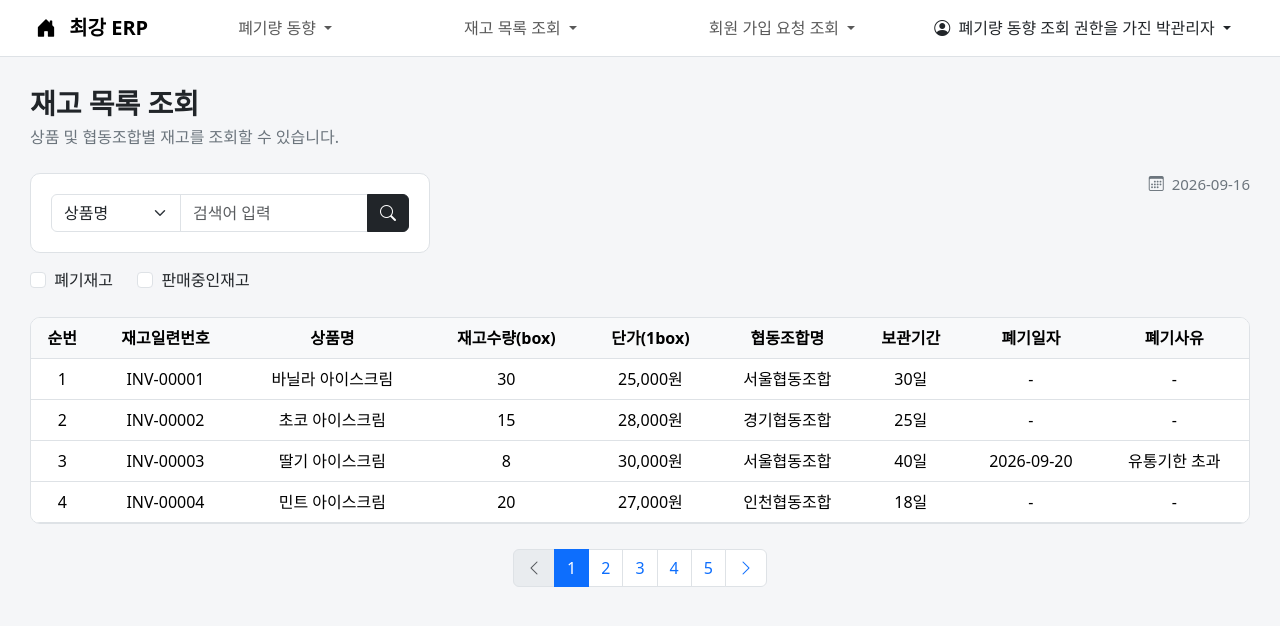
Repository: nojong99/kosta
Page: 32_MVCModel2/src/main/webapp/inventoryList.html
These files come from the project's save history. The page is drawn as it stood at one moment and after the next save; the edit follows.
The browser window is 1280 px wide. The pictures show the whole page.

Above is the page before, as saved 2026-09-23 05:24:56.

### 32_MVCModel2/src/main/webapp/inventoryList.html
<!DOCTYPE html>
<html lang="ko">
<head>
<meta charset="UTF-8">
<meta name="viewport" content="width=device-width, initial-scale=1.0">

<title>재고 목록 조회</title>

<!-- Bootstrap -->
<link
	href="https://cdn.jsdelivr.net/npm/bootstrap@5.3.8/dist/css/bootstrap.min.css"
	rel="stylesheet">

<!-- Bootstrap Icons -->
<link rel="stylesheet"
	href="https://cdn.jsdelivr.net/npm/bootstrap-icons@1.13.1/font/bootstrap-icons.min.css">

<style>
body {
	background-color: #f5f6f8;
}

.inventory-page {
	padding: 30px;
}

/* 검색 영역 */
.search-area {
	width: 30%;
	min-width: 400px;
}

.search-box {
	background-color: white;
	border: 1px solid #dee2e6;
	border-radius: 10px;
	padding: 20px;
}

/* 날짜 */
.current-date {
	font-size: 15px;
	color: #6c757d;
	font-weight: 500;
}

/* 재고 상태 */
.stock-status {
	margin-top: 15px;
}

.stock-status label {
	margin-right: 20px;
	cursor: pointer;
}

/* 목록 */
.inventory-table-area {
	margin-top: 25px;
	background-color: white;
	border-radius: 10px;
	overflow-x: auto;
	border: 1px solid #dee2e6;
}

.inventory-table {
	margin-bottom: 0;
	min-width: 1200px;
}

.inventory-table th {
	background-color: #f8f9fa;
	text-align: center;
	white-space: nowrap;
	vertical-align: middle;
}

.inventory-table td {
	text-align: center;
	vertical-align: middle;
	white-space: nowrap;
}

/* 폐기 상태 */
.disposed {
	color: #dc3545;
	font-weight: 600;
}

/* 판매중 상태 */
.selling {
	color: #198754;
	font-weight: 600;
}

/* 페이지네이션 */
.pagination-area {
	margin-top: 25px;
	display: flex;
	justify-content: center;
}
</style>
</head>

<body>

	<header>
		<nav class="navbar navbar-expand-lg bg-white border-bottom px-4">

			<div class="container-fluid">
				<a class="navbar-brand fw-bold me-4" href="index.html"> <i
					class="bi bi-house-door-fill me-2"></i> 최강 ERP
				</a>

				<ul class="navbar-nav flex-grow-1 mb-2 mb-lg-0">

					<li class="nav-item dropdown flex-fill text-center"><a
						class="nav-link dropdown-toggle" href="#" role="button"
						data-bs-toggle="dropdown"> 폐기량 동향 </a>

						<ul class="dropdown-menu">

							<li><a class="dropdown-item" href="#"> </a></li>

						</ul></li>

					<li class="nav-item dropdown flex-fill text-center"><a
						class="nav-link dropdown-toggle" href="#" role="button"
						data-bs-toggle="dropdown"> 재고 목록 조회 </a>
						<ul class="dropdown-menu">

							<li><a class="dropdown-item" href="#"> </a></li>

						</ul></li>
					<li class="nav-item dropdown flex-fill text-center"><a
						class="nav-link dropdown-toggle" href="#" role="button"
						data-bs-toggle="dropdown"> 회원 가입 요청 조회 </a>

						<ul class="dropdown-menu">

							<li><a class="dropdown-item" href="#"> </a></li>

						</ul></li>



				</ul>

				<div class="dropdown">

					<button class="btn dropdown-toggle" data-bs-toggle="dropdown">

						<i class="bi bi-person-circle me-1"></i> 폐기량 동향 조회 권한을 가진 박관리자

					</button>


					<ul class="dropdown-menu dropdown-menu-end">

						<li><a class="dropdown-item" href="#"> 프로필 </a></li>

						<li><a class="dropdown-item" href="#"> 설정 </a></li>

						<li>
							<hr class="dropdown-divider">
						</li>

						<li><a class="dropdown-item" href="#"> 로그아웃 </a></li>

					</ul>

				</div>

			</div>

		</nav>
	</header>


	<main class="inventory-page">

		<!-- 제목 -->
		<div class="mb-4">
			<h3 class="fw-bold mb-1">재고 목록 조회</h3>
			<p class="text-secondary mb-0">상품 및 협동조합별 재고를 조회할 수 있습니다.</p>
		</div>


		<!-- 검색 영역 -->
		<div class="d-flex justify-content-between align-items-start">

			<!-- 왼쪽 검색 -->
			<div class="search-area">

				<div class="search-box">

					<div class="input-group">

						<!-- 검색 조건 -->
						<select class="form-select" style="max-width: 130px;">
							<option value="product">상품명</option>
							<option value="coop">협동조합명</option>
						</select>

						<!-- 검색어 -->
						<input type="text" class="form-control" placeholder="검색어 입력">

						<!-- 검색 버튼 -->
						<button class="btn btn-dark">
							<i class="bi bi-search"></i>
						</button>

					</div>

				</div>


				<!-- 재고 상태 -->
				<div class="stock-status">

					<label> <input type="checkbox"
						class="form-check-input me-1" id="disposed"> 폐기재고
					</label> <label> <input type="checkbox"
						class="form-check-input me-1" id="selling"> 판매중인재고
					</label>

				</div>

			</div>


			<!-- 현재 날짜 -->
			<div class="current-date">
				<i class="bi bi-calendar3 me-1"></i> <span id="currentDate"></span>
			</div>

		</div>


		<!-- 재고 목록 -->
		<div class="inventory-table-area">

			<table class="table table-hover inventory-table">

				<thead>

					<tr>
						<th>순번</th>
						<th>재고일련번호</th>
						<th>상품명</th>
						<th>재고수량(box)</th>
						<th>단가(1box)</th>
						<th>협동조합명</th>
						<th>보관기간</th>
						<th>폐기일자</th>
						<th>폐기사유</th>
					</tr>

				</thead>

				<tbody>

					<tr>
						<td>1</td>
						<td>INV-00001</td>
						<td>바닐라 아이스크림</td>
						<td>30</td>
						<td>25,000원</td>
						<td>서울협동조합</td>
						<td>30일</td>
						<td>-</td>
						<td>-</td>
					</tr>

					<tr>
						<td>2</td>
						<td>INV-00002</td>
						<td>초코 아이스크림</td>
						<td>15</td>
						<td>28,000원</td>
						<td>경기협동조합</td>
						<td>25일</td>
						<td>-</td>
						<td>-</td>
					</tr>

					<tr>
						<td>3</td>
						<td>INV-00003</td>
						<td>딸기 아이스크림</td>
						<td>8</td>
						<td>30,000원</td>
						<td>서울협동조합</td>
						<td>40일</td>
						<td>2026-09-20</td>
						<td>유통기한 초과</td>
					</tr>

					<tr>
						<td>4</td>
						<td>INV-00004</td>
						<td>민트 아이스크림</td>
						<td>20</td>
						<td>27,000원</td>
						<td>인천협동조합</td>
						<td>18일</td>
						<td>-</td>
						<td>-</td>
					</tr>

				</tbody>

			</table>

		</div>


		<!-- 페이지네이션 -->
		<div class="pagination-area">

			<nav>
				<ul class="pagination">

					<li class="page-item disabled"><a class="page-link" href="#">
							<i class="bi bi-chevron-left"></i>
					</a></li>

					<li class="page-item active"><a class="page-link" href="#">1</a>
					</li>

					<li class="page-item"><a class="page-link" href="#">2</a></li>

					<li class="page-item"><a class="page-link" href="#">3</a></li>

					<li class="page-item"><a class="page-link" href="#">4</a></li>

					<li class="page-item"><a class="page-link" href="#">5</a></li>

					<li class="page-item"><a class="page-link" href="#"> <i
							class="bi bi-chevron-right"></i>
					</a></li>

				</ul>
			</nav>

		</div>

	</main>


	<script>
		// 현재 날짜 표시
		const today = new Date();

		const year = today.getFullYear();
		const month = String(today.getMonth() + 1).padStart(2, '0');
		const day = String(today.getDate()).padStart(2, '0');

		document.getElementById("currentDate").textContent = `${year}-${month}-${day}`;
	</script>

</body>
</html>

After the next save:
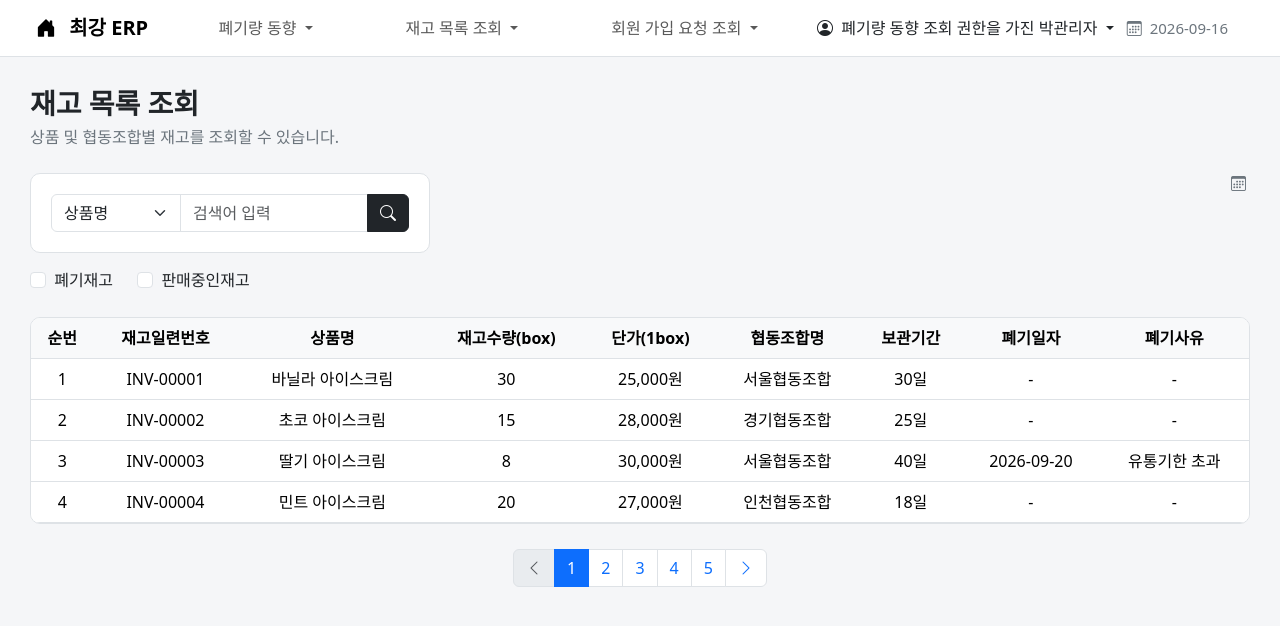
Saved 9 s later.
--- a/32_MVCModel2/src/main/webapp/inventoryList.html
+++ b/32_MVCModel2/src/main/webapp/inventoryList.html
@@ -111,7 +111,6 @@ body {
 				<a class="navbar-brand fw-bold me-4" href="index.html"> <i
 					class="bi bi-house-door-fill me-2"></i> 최강 ERP
 				</a>
-
 				<ul class="navbar-nav flex-grow-1 mb-2 mb-lg-0">
 
 					<li class="nav-item dropdown flex-fill text-center"><a
@@ -170,7 +169,9 @@ body {
 					</ul>
 
 				</div>
-
+				<div class="current-date me-3">
+					<i class="bi bi-calendar3 me-1"></i> <span id="currentDate">2026-09-23</span>
+				</div>
 			</div>
 
 		</nav>
